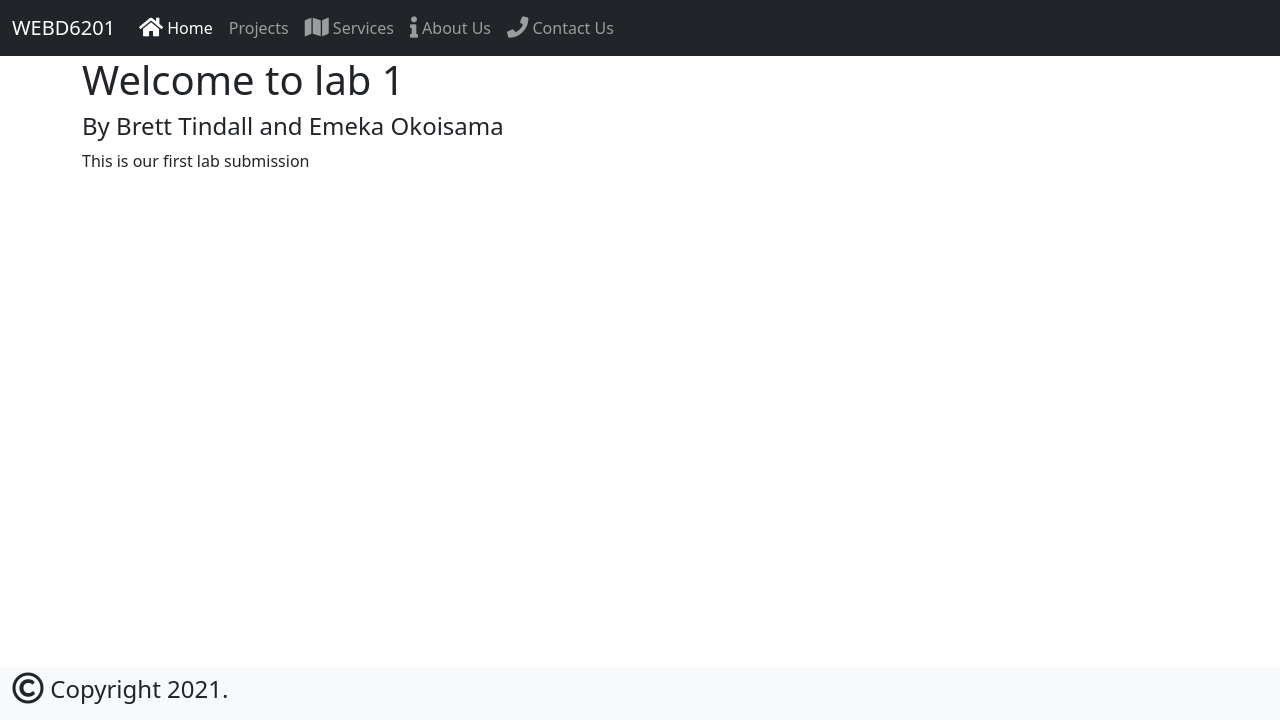
Repository: Sub4Sub/Lab_1
Page: index.html
An editor plug-in stored every save of this project. The page is shown before and after a run of saves, followed by the edit.
The browser window is 1280 px wide. The pictures show the whole page.

Above is the page before, as saved 2021-02-05 02:33:21.

### index.html
<!DOCTYPE html>
<html lang="en">
<head>
    <meta charset="UTF-8">
    <meta name="viewport" content="width=device-width, initial-scale=1.0">
    <title>Home</title>
    <!-- CSS Section -->
    <link rel="stylesheet" href="./node_modules/bootstrap/dist/css/bootstrap.min.css">
    <link rel="stylesheet" href="./node_modules/@fortawesome/fontawesome-free/css/all.min.css">
    <link rel="stylesheet" href="./Content/app.css">
</head>
<body>
    <!-- Main Header -->
    <header>
      <!-- Main Navigation -->
      <nav class="navbar navbar-expand-lg navbar-dark bg-dark">
          <div class="container-fluid">
            <a class="navbar-brand" href="index.html">WEBD6201</a>
            <button class="navbar-toggler" type="button" data-bs-toggle="collapse" data-bs-target="#navbarSupportedContent" aria-controls="navbarSupportedContent" aria-expanded="false" aria-label="Toggle navigation">
              <span class="navbar-toggler-icon"></span>
            </button>
            <div class="collapse navbar-collapse" id="navbarSupportedContent">
              <ul class="navbar-nav me-auto mb-2 mb-lg-0">
                <li class="nav-item">
                  <a class="nav-link active" aria-current="page" href="index.html"><i class="fas fa-home fa-lg"></i> Home</a>
                </li>

                <li class="nav-item">
                  <a class="nav-link" id="productsLink" aria-current="page" href="products.html"><i class="fas fa-cog fa-lg"></i> Products</a>
                </li>

                <li class="nav-item">
                  <a class="nav-link" aria-current="page" href="services.html"><i class="fas fa-map fa-lg"></i> Services</a>
                </li>

                <li class="nav-item">
                  <a class="nav-link" id="aboutUsLink" aria-current="page" href="about.html"><i class="fas fa-info fa-lg"></i> About Us</a>
                </li>

                <li class="nav-item">
                  <a class="nav-link" aria-current="page" href="contact.html"><i class="fas fa-phone fa-lg"></i> Contact Us</a>
                </li>
              </ul>
            </div>
          </div>
        </nav>
  </header>

    <!-- Main Content -->
    <main class="container">
    </main>



    <!-- Script Section-->
    <script src="./node_modules/jquery/dist/jquery.min.js"></script>
    <script src="./node_modules/bootstrap/dist/js/bootstrap.bundle.min.js"></script>
    <script src="./Scripts/app.js"></script>
</body>
</html>

### Scripts/app.js

"use strict";


(function()
{

    function displayHome()
    {
        let indexHeading = document.createElement("h1");

        indexHeading.setAttribute("id", "indexHeading");
        indexHeading.textContent = "Welcome to lab 1";
        //indexHeading.className = "fs-4 fw-bold";

        let mainContent = document.querySelector("main");
        mainContent.appendChild(indexHeading);

        let newDivTag = document.createElement("div");
        newDivTag.innerHTML =
        `<h4>By Brett Tindall and Emeka Okoisama</h4>
        <p id="paragraphThree"> This is our first lab submission </p>`;

        mainContent.append(newDivTag);


    }

    function displayContact()
    {
      let contactHeading = document.createElement("h1");

      contactHeading.setAttribute("id", "contactHeading");
      contactHeading.textContent = "Enter a Contact";

      let mainContent = document.querySelector("main");
      mainContent.appendChild(contactHeading);

      let newDivTag = document.createElement("div");
      newDivTag.innerHTML =
      `<div id="messageArea"></div>

      <div class="row justify-content-lg-center g-3">
        <form class="col-lg-6 col-md-10 col-sm-10">

          <div class="input-group mb-3">
            <span class="input-group-text" id="inputGroup-sizing-default">Full Name </span>
            <input id="fullName" type="text" class="form-control" aria-label="Full Name" aria-describedby="Full Name Input"
            name="fullName" required>
          </div>

          <div class="input-group mb-3">
            <span class="input-group-text" id="inputGroup-sizing-default">Contact Number</span>
            <input id="contactNumber" type="tel" class="form-control" aria-label="Contact Number" aria-describedby="Contact Number Input"
            name="contactNumber" required>
          </div>

          <div class="input-group mb-3">
            <span class="input-group-text" id="inputGroup-sizing-default">Email</span>
            <input id="emailAddress" type="email" class="form-control" aria-label="Email Address" aria-describedby="Email Address Input"
            name="emailAddress" required>
          </div>

          <button id="sendButton" type="submit" class="btn btn-primary"><i class="fas fa-envelope fa-lg"></i> Send</button>
          <button id="cancelButton" type="reset" class="btn btn-warning"><i class="fas fa-undo fa-lg"></i> Cancel</button>
        </form>
      </div>`;

      mainContent.append(newDivTag);


      let sendButton = document.getElementById("sendButton");

        sendButton.addEventListener("click", function(event){

          window.location.href = '/index.html';

        });

    }

    function displayFooter()
    {
      let mainContent = document.querySelector("main");

      let newFooterTag = document.createElement("footer");

      newFooterTag.innerHTML =
      `
      <footer>
        <nav class="navbar fixed-bottom navbar-light bg-light">
            <div class="container-fluid">
              <h4><i class="far fa-copyright fa-lg"></i> Copyright 2021.</h4>
            </div>
          </nav>
    </footer>
      `

      mainContent.append(newFooterTag);

    }

    function addHumanResourcesButton()
    {

      let aboutUsLink = document.getElementById("aboutUsLink");

      let newListItem = document.createElement("li");

      newListItem.innerHTML =
      `
      <li class="nav-item">
        <a class="nav-link" id="aboutUsLink" aria-current="page" href="about.html"><i class="fas fa-info fa-lg"></i> About Us</a>
      </li>
      `

      aboutUsLink.append(newListItem);

    }

    function Start()
    {
        console.log("App Started...");

        let productsButton = document.getElementById("productsLink");

        productsButton.textContent = "Projects";



        switch (document.title)
        {
          case "Home":
              displayHome();
            break;
          case "About":
              displayAbout();
            break;
          case "Projects":
              displayProjects();
            break;
          case "Services":
              displayServices();
            break;
          case "Contact":
              displayContact();
            break;
        }

    }

    displayFooter();

    window.addEventListener("load", Start);

})();

Loaded but not shown: node_modules/bootstrap/dist/css/bootstrap.min.css (library); node_modules/@fortawesome/fontawesome-free/css/all.min.css (library); node_modules/jquery/dist/jquery.min.js (library); node_modules/bootstrap/dist/js/bootstrap.bundle.min.js (library); Content/app.css (no stored copy; drawn as an empty file)

After the next 2 saves:
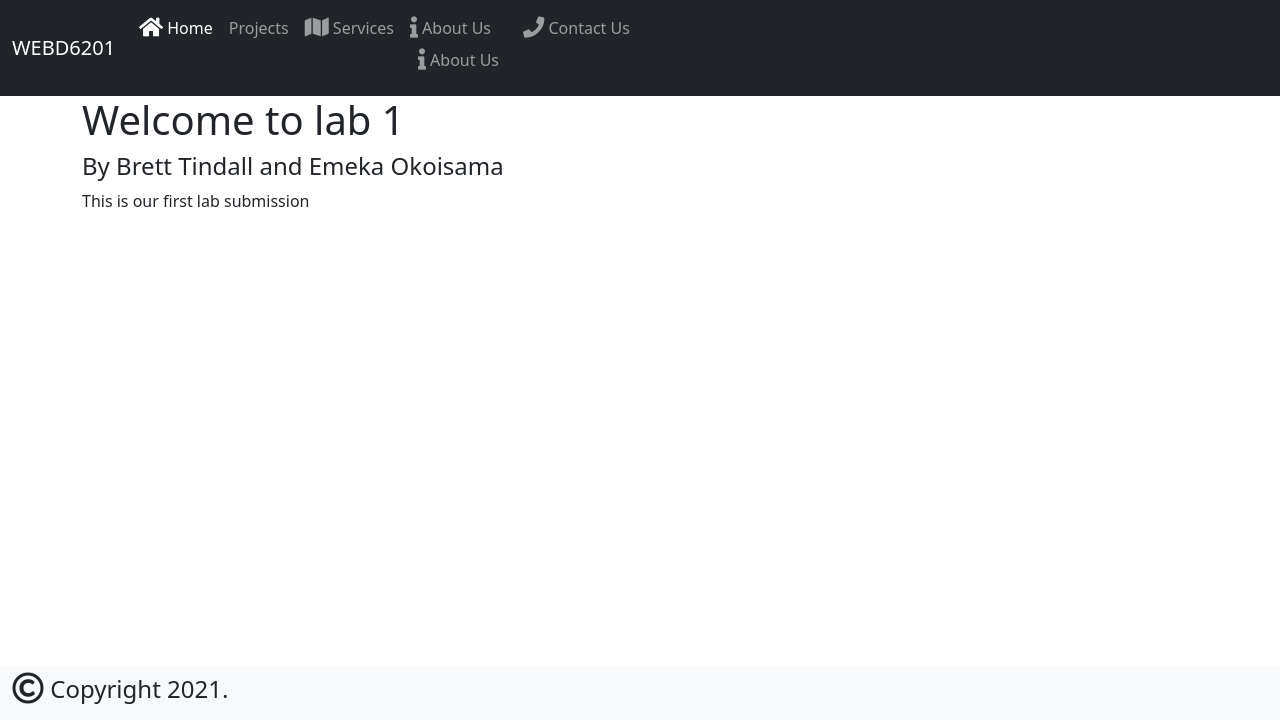
The 2 saves are shown as one change because they came seconds apart.
The last was saved 11 s later.
--- a/Scripts/app.js
+++ b/Scripts/app.js
@@ -126,7 +126,7 @@
 
         productsButton.textContent = "Projects";
 
-
+        addHumanResourcesButton();
 
         switch (document.title)
         {
